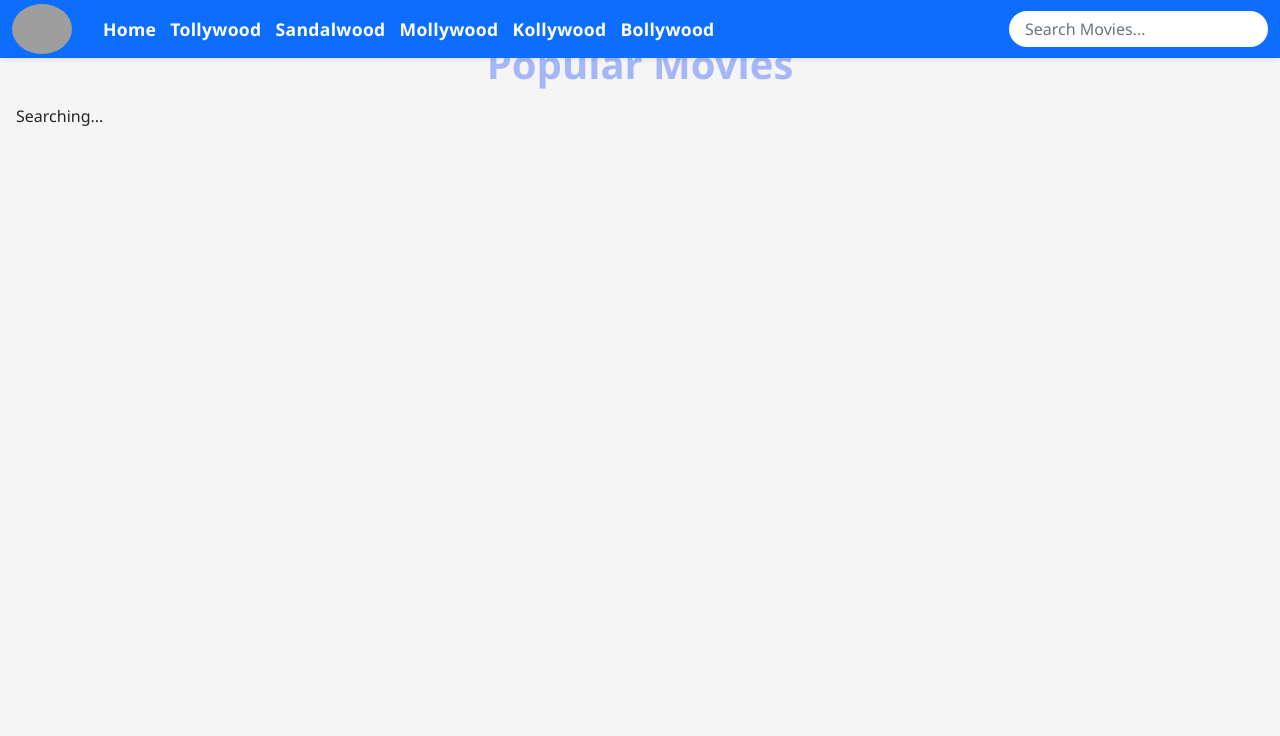
Repository: chandu7777158/Movies_spot
Page: /
These files come from the project's save history. The page is drawn as it stood at one moment and after the next save; the edit follows.
The browser window is 1280 px wide. The pictures show the whole page.
Pictures or frames that could not be fetched are drawn as grey boxes. The page's requests for data from a server got no answer. The project was rebuilt for these pictures with package versions that can differ from the ones it lists, and the page was loaded fresh each time. No one was signed in, and anything a server would have sent is missing. Also part of the build but not shown: vite.config.js, src/components/MovieCard.jsx.

Above is the page before, as saved 2026-01-28 14:19:01.

### index.html
<!doctype html>
<html lang="en">
  <head>
    <meta charset="UTF-8" />
    <link rel="icon" type="image/svg+xml" href="/vite.svg" />
    <meta name="viewport" content="width=device-width, initial-scale=1.0" />
    <title>movies_spot</title>
    <link rel="stylesheet" href="https://cdn.jsdelivr.net/npm/bootstrap-icons@1.11.0/font/bootstrap-icons.css">
    <link href="https://cdn.jsdelivr.net/npm/bootstrap@5.2.3/dist/css/bootstrap.min.css" rel="stylesheet" integrity="sha384-rbsA2VBKQhggwzxH7pPCaAqO46MgnOM80zW1RWuH61DGLwZJEdK2Kadq2F9CUG65" crossorigin="anonymous">

  </head>
  <body>
    <script src="https://cdn.jsdelivr.net/npm/bootstrap@5.2.3/dist/js/bootstrap.bundle.min.js" integrity="sha384-kenU1KFdBIe4zVF0s0G1M5b4hcpxyD9F7jL+jjXkk+Q2h455rYXK/7HAuoJl+0I4" crossorigin="anonymous"></script>
    <div id="root"></div>
    <script type="module" src="/src/main.jsx"></script>
  </body>
</html>

### src/index.css
/* Global Reset and Fix for Fixed Navbar */
body {
    background: whitesmoke;
    min-height: 100vh;
    margin: 0;
    /* This padding prevents content from hiding behind the navbar */

    font-family: 'Segoe UI', sans-serif;
}

/* Custom Highlight Effect for Nav Links */
.navbar-nav .nav-link {
    padding: 7px !important;
}

.nav-highlight {
    color: white !important;
    transition: all 0.3s ease;
}

.nav-highlight:hover {
    color:#f5e15d !important;

}

/* Make search bar look modern */
.form-control:focus {
    box-shadow: 0 0 10px rgba(255, 255, 255, 0.5);
    outline: none;
}

/* Fix for the Logo - making it prominent but low padding */
.nav-logo-img {
    width: 60px;
    height: 50px;
    object-fit: cover;
    margin: 0px 0;
}

/* Tighten up the Nav Links for a cleaner look */
.navbar-nav .nav-link {
    font-size: 1.1rem;
    letter-spacing: 0.3px;
    padding-top: 0.2rem;
    padding-bottom: 0.2rem;
}

/* Ensure the Mobile Toggler and Search Icon align perfectly */
.navbar-toggler:focus {
    box-shadow: none; /* Removes the ugly blue border on click */
}

/* Ensure posters look like real movie posters */
.movie-card img {
    /* Standard movie poster ratio is 2:3 */
    aspect-ratio: 2.3 / 3;
    max-width: 100%;
    border-radius: 8px 8px 8px 8px;
    transition: transform 0.3s ease;
}



.movie-card {
    box-shadow:  0 0 5px 5px  rgba(0, 0, 0, 0.04) !important;
    transition: box-shadow 0.3s ease;
    border-radius: 10px !important;
    cursor: pointer;
    padding-top: 2px;
}

.movie-card:hover {
    transform: scale(1.03);
    box-shadow:  0 0 5px 5px  rgba(0, 0, 0, 0.10) !important;
}

### src/App.jsx
import React from 'react';
import { BrowserRouter as Router, Routes, Route } from 'react-router-dom';
import Navbar from './components/Navbar';
import MoviePage from './pages/MoviePage';

function App() {
  return (
    <Router>
      <Navbar />
      <main className="mt-3 pt-4">
        <Routes>
          <Route path="/" element={<MoviePage category="popular" />} />
          <Route path="/tollywood" element={<MoviePage category="tollywood" />} />
          <Route path="/sandalwood" element={<MoviePage category="sandalwood" />} />
          <Route path="/mollywood" element={<MoviePage category="mollywood" />} />
          <Route path="/kollywood" element={<MoviePage category="kollywood" />} />
          <Route path="/bollywood" element={<MoviePage category="bollywood" />} />
          <Route path="/search/:query" element={<MoviePage category="search" />} />
        </Routes>
      </main>
    </Router>
  );
}

export default App;

### src/components/Navbar.jsx
import React, { useState } from 'react';
import { Link, useNavigate } from 'react-router-dom';

export default function Navbar() {
    const [searchTerm, setSearchTerm] = useState("");
    const navigate = useNavigate();

    const navItems = [
        { label: 'Home', path: '/' },
        { label: 'Tollywood', path: '/tollywood' },
        { label: 'Sandalwood', path: '/sandalwood' },
        { label: 'Mollywood', path: '/mollywood' },
        { label: 'Kollywood', path: '/kollywood' },
        { label: 'Bollywood', path: '/bollywood' },
    ];

    const handleSearch = (e) => {
        e.preventDefault();
        if (searchTerm.trim()) {
            navigate(`/search/${searchTerm}`);
            setSearchTerm(""); // Clear input after search
            // Close mobile menu if open
            const menu = document.getElementById('navbarNav');
            if (menu.classList.contains('show')) {
                menu.classList.remove('show');
            }
        }
    };

    return (
        <nav className="navbar navbar-expand-lg navbar-dark bg-primary shadow-sm fixed-top py-1">
            <div className="container-fluid d-flex align-items-center">
                <Link className="navbar-brand p-0" to="/">
                    <img
                        src="https://static.vecteezy.com/system/resources/previews/022/580/623/non_2x/movie-media-letter-logo-design-illustration-free-vector.jpg"
                        alt="Logo"
                        className="rounded-circle nav-logo-img"
                    />
                </Link>

                <div className="d-flex align-items-center ms-auto">
                    {/* Mobile Search Icon - Now triggers the toggle to show the search bar */}
                    <button
                        className="btn btn-link text-white d-lg-none p-2 me-1"
                        data-bs-toggle="collapse"
                        data-bs-target="#navbarNav"
                    >
                        <i className="bi bi-search fs-5"></i>
                    </button>
                    <button className="navbar-toggler border-0 p-2" data-bs-toggle="collapse" data-bs-target="#navbarNav">
                        <span className="navbar-toggler-icon"></span>
                    </button>
                </div>

                <div className="collapse navbar-collapse" id="navbarNav">
                    <ul className="navbar-nav ms-2 mb-2 mb-lg-0 text-center">
                        {navItems.map((item) => (
                            <li className="nav-item" key={item.label}>
                                <Link className="nav-link nav-highlight px-lg-3 fw-bold" to={item.path}>
                                    {item.label}
                                </Link>
                            </li>
                        ))}
                    </ul>

                    <div className="me-auto"></div>

                    {/* Unified Search Form (Visible in collapse on mobile, inline on desktop) */}
                    <form className="d-flex mt-2 mt-lg-0" onSubmit={handleSearch}>
                        <input
                            className="form-control rounded-pill border-0 ps-3"
                            type="search"
                            placeholder="Search Movies..."
                            value={searchTerm}
                            onChange={(e) => setSearchTerm(e.target.value)}
                        />
                    </form>
                </div>
            </div>
        </nav>
    );
}

### src/pages/MoviePage.jsx
import React, { useState, useEffect } from 'react';
import { useParams } from 'react-router-dom';
import { getMovies, searchMovies } from '../services/movieService';
import MovieCard from '../components/MovieCard';

const MoviePage = ({ category }) => {
    const [movies, setMovies] = useState([]);
    const [loading, setLoading] = useState(true);
    const { query } = useParams(); // Get search term from URL

    useEffect(() => {
        const loadMovies = async () => {
            setLoading(true);
            let data;
            if (category === 'search' && query) {
                data = await searchMovies(query);
            } else {
                data = await getMovies(category);
            }
            setMovies(data);
            setLoading(false);
        };
        loadMovies();
    }, [category, query]); // Re-run if category OR search query changes

    const displayTitle = category === 'search'
        ? `Results for "${query}"`
        : category === 'popular' ? 'Popular Movies' : `${category.charAt(0).toUpperCase() + category.slice(1)} Movies`;

    return (
        <div className="container-fluid px-3">
            {/*Dynamic headings added here*/}
            <h1 className="mt-0 mb-3 fw-bold" style={{ color: "#a5b7f8",textAlign:"center" }}>{displayTitle}</h1>
            <div className="row g-2">
                {loading ? (
                    <p>Searching...</p>
                ) : movies.length > 0 ? (
                    movies.map(movie => <MovieCard key={movie.id} movie={movie} />)
                ) : (
                    <div className="text-center mt-5">
                        <h3>No movies found for "{query}"</h3>
                    </div>
                )}
            </div>
        </div>
    );
};

export default MoviePage;

### src/services/movieService.js
const API_KEY = import.meta.env.VITE_TMDB_KEY;
const BASE_URL = 'https://api.themoviedb.org/3';

const languageCodes = {
    tollywood: 'te',
    bollywood: 'hi',
    kollywood: 'ta',
    mollywood: 'ml',
    sandalwood: 'kn'
};

export const getMovies = async (type) => {
    let url1 = "";
    let url2 = "";

    if (type === 'popular' || type === 'Home') {
        url1 = `${BASE_URL}/movie/popular?api_key=${API_KEY}&page=1`;
        url2 = `${BASE_URL}/movie/popular?api_key=${API_KEY}&page=2`;
    } else {
        const code = languageCodes[type.toLowerCase()];
        url1 = `${BASE_URL}/discover/movie?api_key=${API_KEY}&with_original_language=${code}&page=1`;
        url2 = `${BASE_URL}/discover/movie?api_key=${API_KEY}&with_original_language=${code}&page=3`;
    }

    const [res1, res2] = await Promise.all([fetch(url1), fetch(url2)]);
    const data1 = await res1.json();
    const data2 = await res2.json();

    return [...(data1.results || []), ...(data2.results || [])].slice(0,36);
};

export const searchMovies = async (query) => {
    const url = `${BASE_URL}/search/movie?api_key=${API_KEY}&query=${encodeURIComponent(query)}&page=1`;
    const response = await fetch(url);
    const data = await response.json();
    return data.results || [];
};

Loaded but not shown: src/main.jsx (common file)

After the next save:
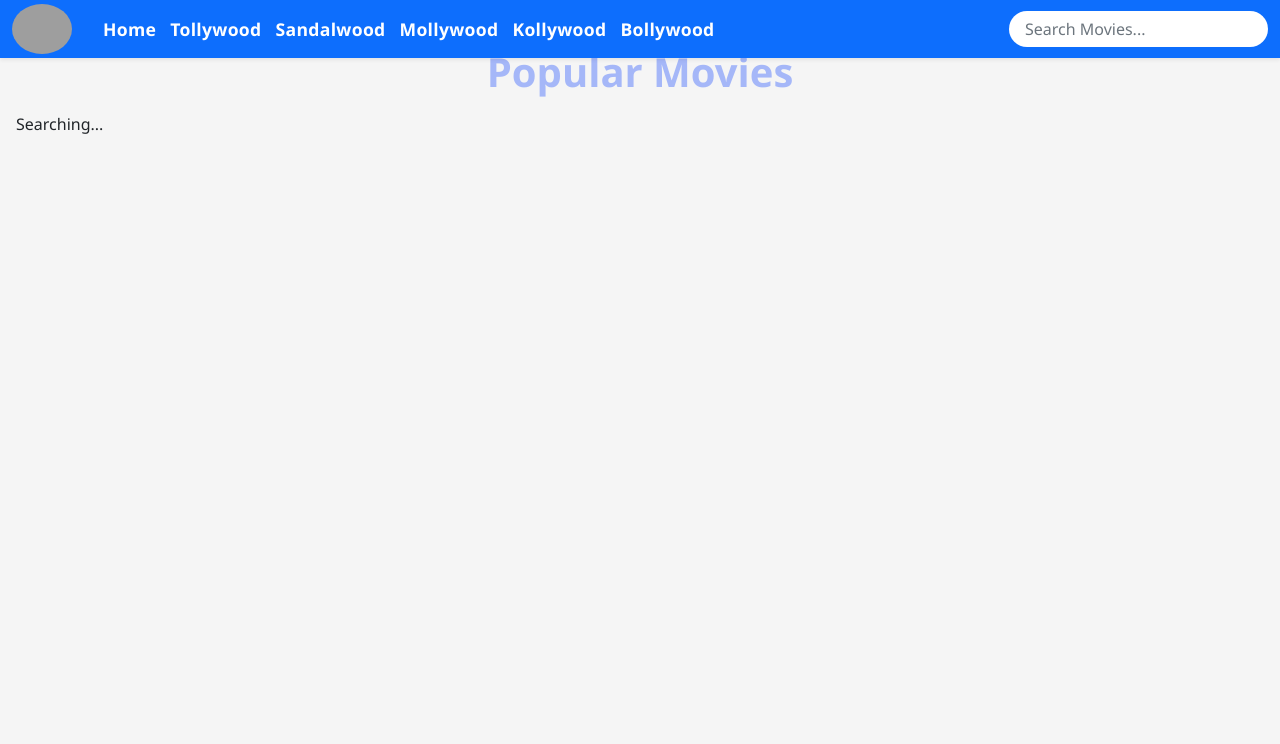
Saved 4 s later.
--- a/src/App.jsx
+++ b/src/App.jsx
@@ -7,7 +7,7 @@ function App() {
   return (
     <Router>
       <Navbar />
-      <main className="mt-3 pt-4">
+      <main className="mt-4 pt-4">
         <Routes>
           <Route path="/" element={<MoviePage category="popular" />} />
           <Route path="/tollywood" element={<MoviePage category="tollywood" />} />
